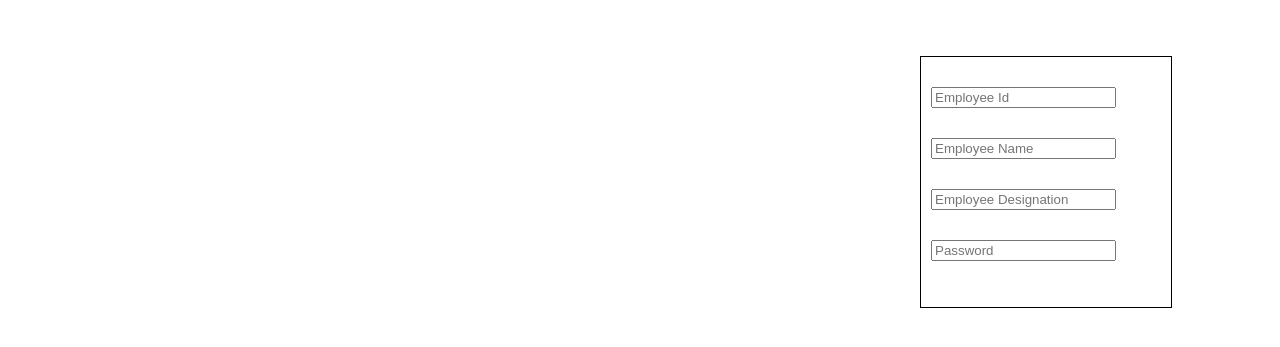
Repository: robin9533/Basic-Programs-App.
Page: GW-Genial Work Proj/GT_GenialToil/WebContent/EmployeeSignup.html
These files come from the project's save history. The page is drawn as it stood at one moment and after the next save; the edit follows.
The browser window is 1280 px wide. The pictures show the whole page.

Above is the page before, as saved 2019-05-10 06:47:43.

After the next save:
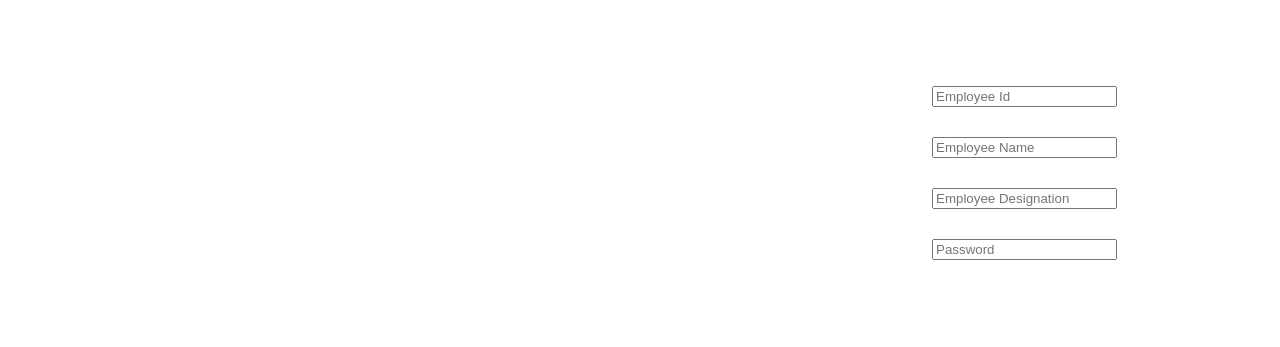
Saved 16 s later.
--- a/GW-Genial Work Proj/GT_GenialToil/WebContent/EmployeeSignup.css
+++ b/GW-Genial Work Proj/GT_GenialToil/WebContent/EmployeeSignup.css
@@ -4,7 +4,7 @@
 	height:250px;
 	width: 250px;
 	float:right;
-	border:1px solid black;
+	border:0px solid black;
 	margin-top: 30px;
 	margin-right: 100px
 }
